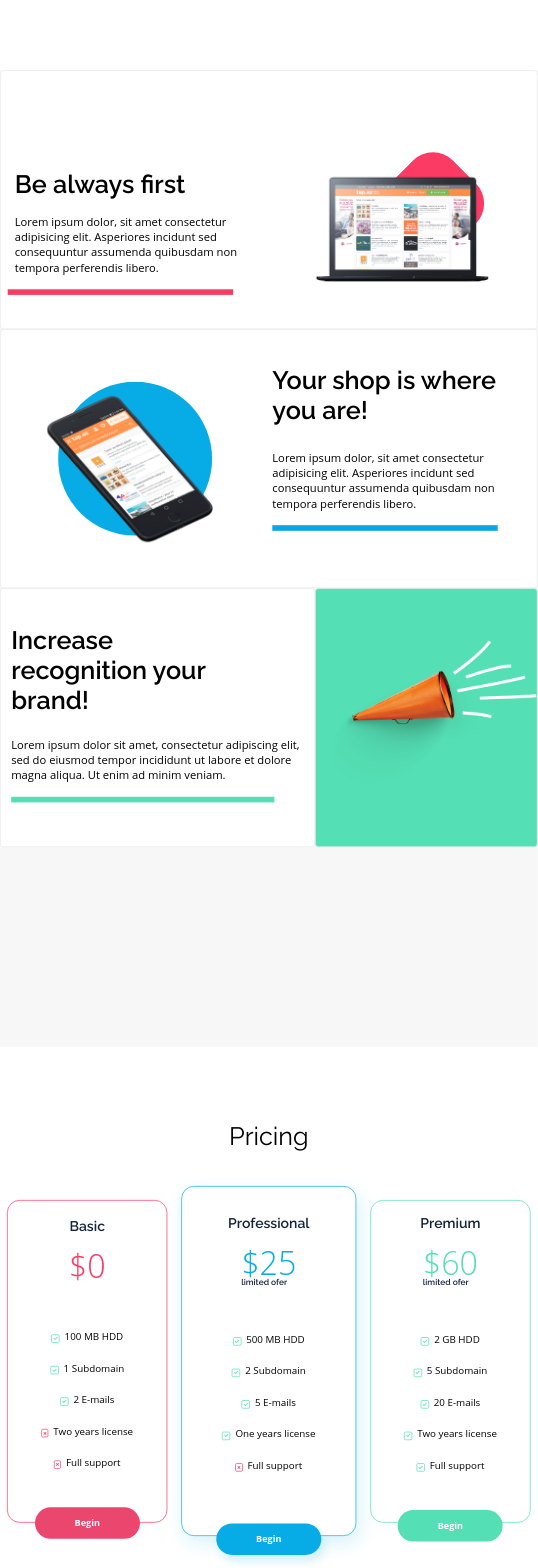
Repository: VolodymyrDubnytskyi/BestShop_project
Page: index.html
The author's editor kept a copy of each file at every save. The page is drawn from the files as they stood at one save, then again after the next save.
The browser window is 768 px wide. The pictures show the part of the page from y = 1265 to 3505 px (the page is 4270 px tall), at 70% of full size.
Some web libraries are served in a nearby version.

Above is the page before, as saved 2020-01-17 19:53:10.

After the next save:
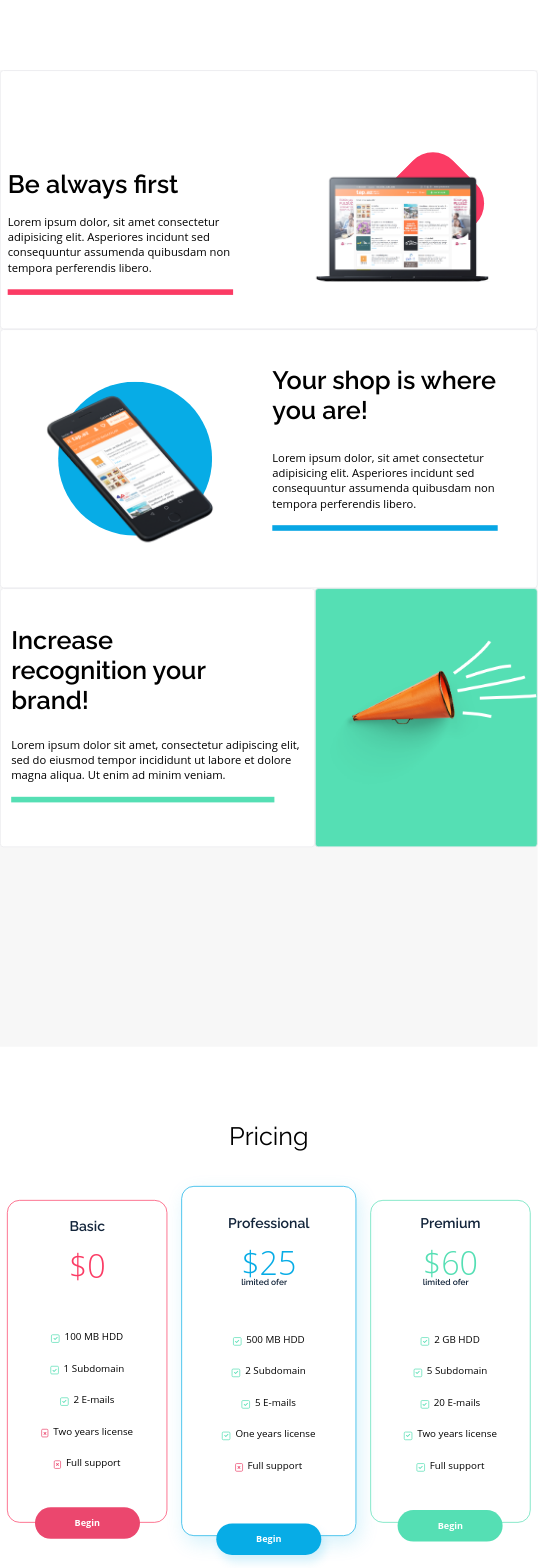
Saved 37 s later.
--- a/css/style.css
+++ b/css/style.css
@@ -859,10 +859,10 @@ background-color: #eb476d1d;
     margin-bottom: 0;
   }
   .main-content-info-box h2{
-    padding: 141px 0 0 20px;
+    padding: 141px 0 0 10px;
   }
   .main-content-info-box p{
-    padding: 20px 0 20px 20px;
+    padding: 20px 0 20px 10px;
   }
   .main-content-info-box hr {
     margin-left: 10px;
@@ -897,6 +897,6 @@ background-color: #eb476d1d;
     margin-left: 15px;
   }
   .form-and-questions-box{
-    padding: 20px;
-  }
-}
+    padding: px;
+  }
+}
